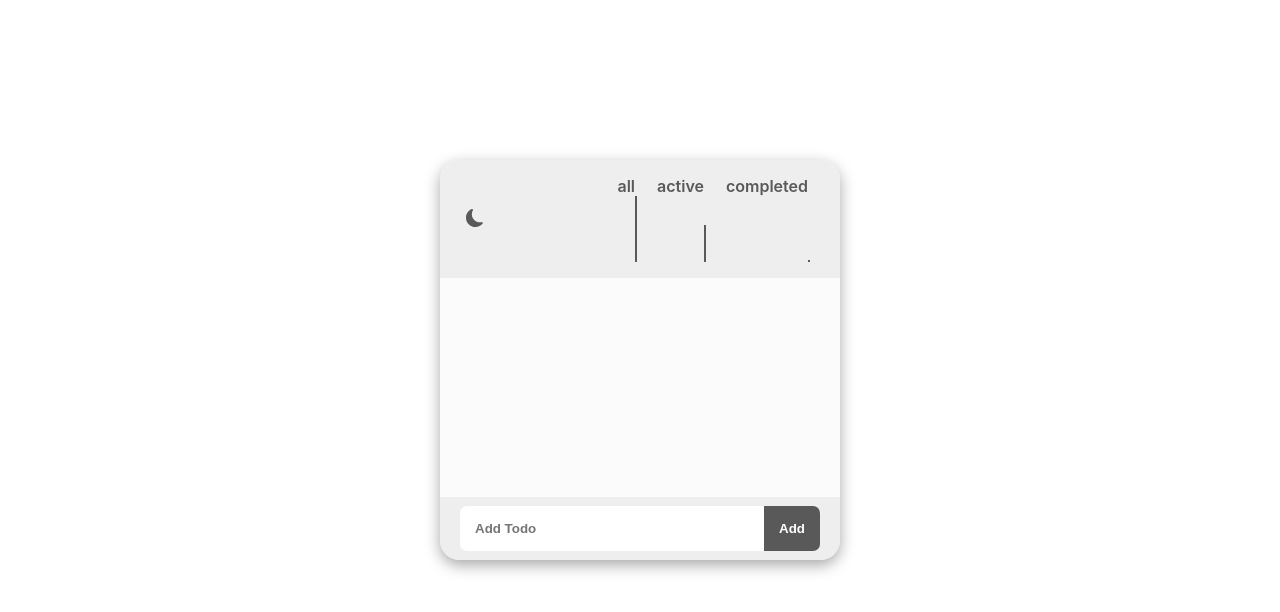
Repository: momo0170/react_todolist
Page: /
The author's editor kept a copy of each file at every save. The page is drawn from the files as they stood at one save, then again after the next save.
The browser window is 1280 px wide. The pictures show the whole page.
The project was rebuilt for these pictures with package versions that can differ from the ones it lists, and the page was loaded fresh each time. Also part of the build but not shown: src/css/Todo.module.css, src/components/Main/Todo.jsx.

Above is the page before, as saved 2022-11-09 15:59:34.

After the next save:
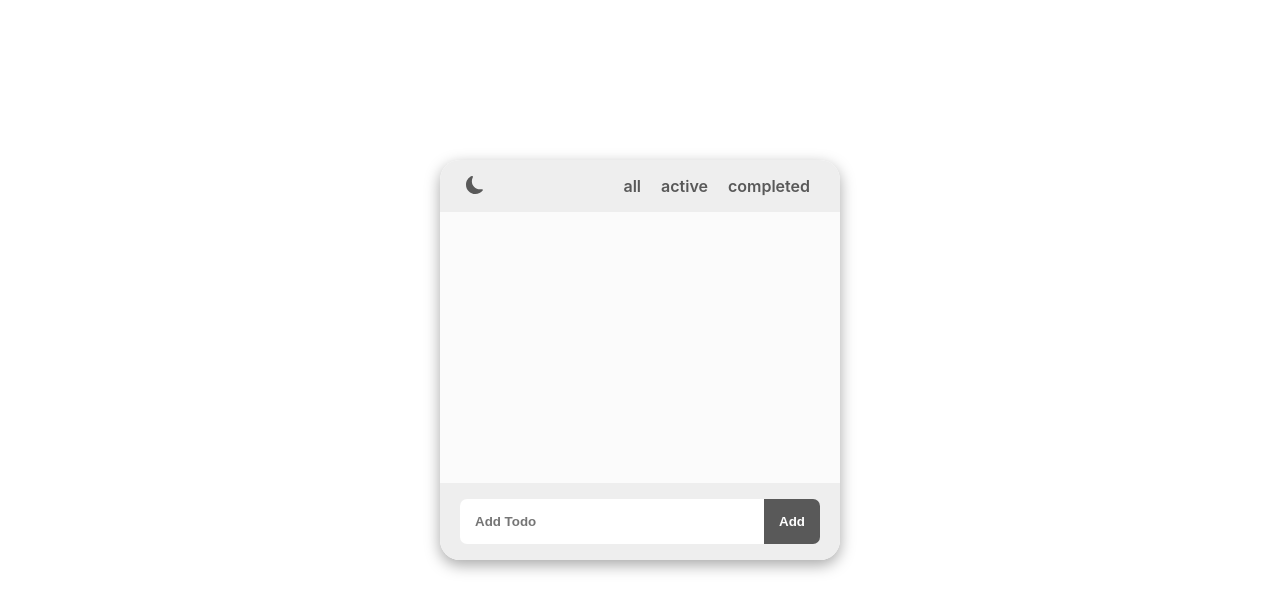
Saved 26 min 29 s later.
--- a/src/css/Header.module.css
+++ b/src/css/Header.module.css
@@ -23,12 +23,6 @@
   color: var(--light-mode-black);
 }
 
-.filter li::after {
-  content: '';
-  display: block;
-  margin-top: 100%;
-  border: 1px solid var(--light-mode-black);
-}
 .filter.selected {
   font-weight: 600;
 }
